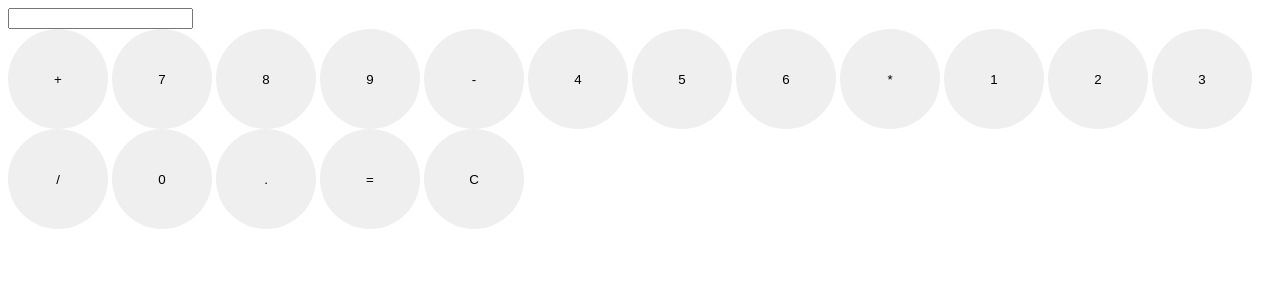
Repository: 23HarveyJi/25-Fall_chillguys
Page: calculator.html
An editor plug-in stored every save of this project. The page is shown before and after a run of saves, followed by the edit.
The browser window is 1280 px wide. The pictures show the whole page.

Above is the page before, as saved 2025-10-10 14:54:24.

After the next 2 saves:
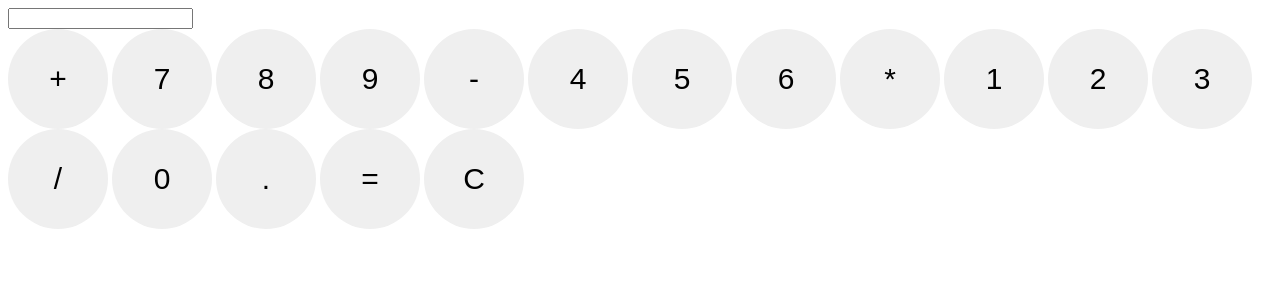
The 2 saves are shown as one change because they came seconds apart.
The last was saved 7 s later.
--- a/calculator.css
+++ b/calculator.css
@@ -4,4 +4,5 @@ button{
     border-radius: 50px;
     border: none;
     background-color: lightgray
-    color
+    color: white;
+    font-size: 30px;
